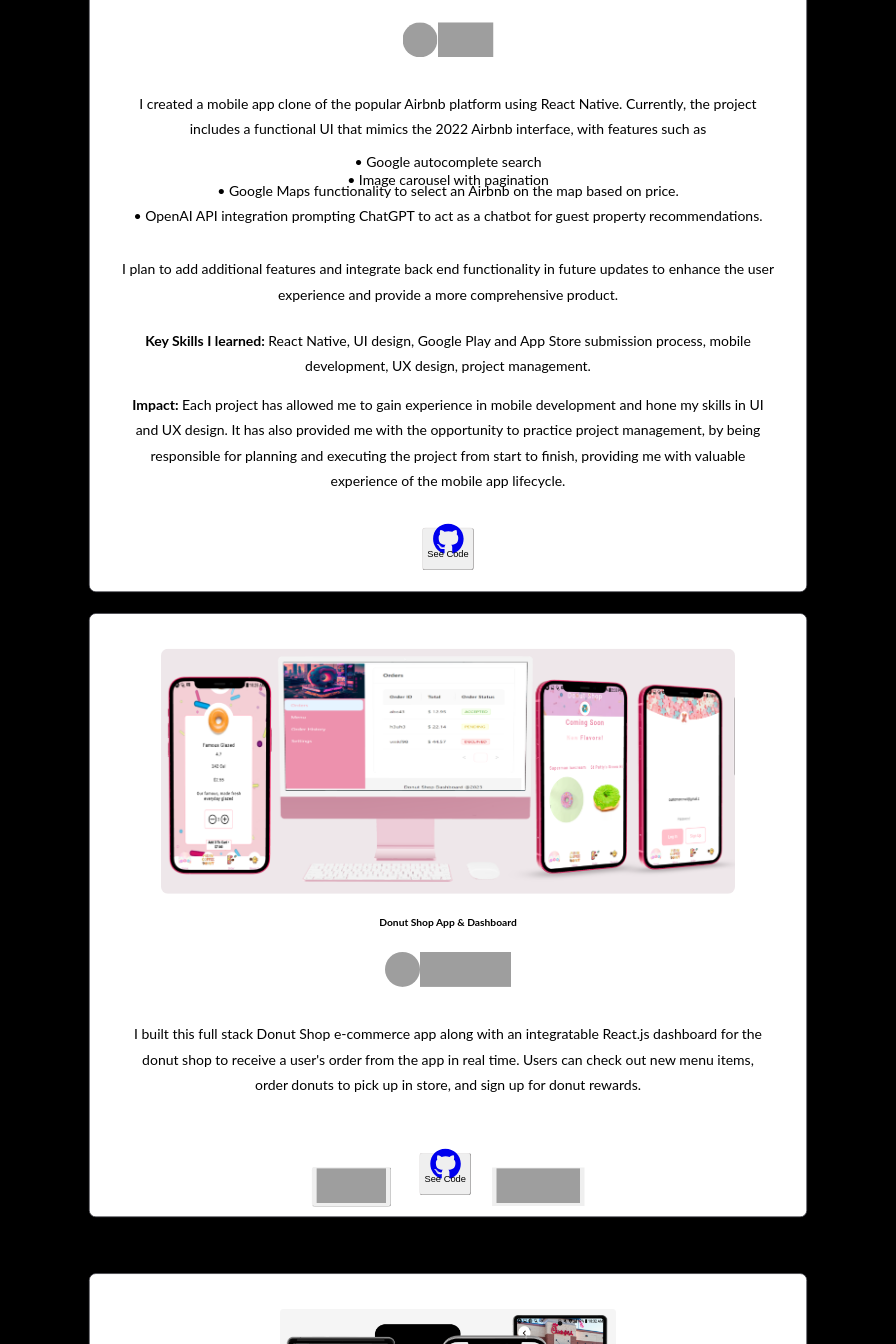
Repository: JamesPesenti/portfolio
Page: /
The author's editor kept a copy of each file at every save. The page is drawn from the files as they stood at one save, then again after a run of saves.
The browser window is 1280 px wide. The pictures show the part of the page from y = 1947 to 3867 px (the page is 6929 px tall), at 70% of full size.
Pictures or frames that could not be fetched are drawn as grey boxes. The project was rebuilt for these pictures with package versions that can differ from the ones it lists, and the page was loaded fresh each time. Imported but missing from the stored project, and not drawn on this page: src/Components/James Pesenti Resume 2023.pdf.

Above is the page before, as saved 2023-05-29 08:41:57.

### public/index.html
<!DOCTYPE html>
<html lang="en">
  <head>
    <meta charset="utf-8" />
    <link rel="" href="" />
    <meta name="viewport" content="width=device-width, initial-scale=1" />
    <meta name="theme-color" content="#000000" />
    <meta name="description" content="James Pesenti Portfolio 2022" />
    <link rel="apple-touch-icon" href="" />
    <link rel="manifest" href="%PUBLIC_URL%/manifest.json" />

    <title>Portfolio 2023</title>

  </head>
  <body>
    <div id="root"></div>
  </body>
</html>

### src/Components/Navbar.jsx
import React, {Component} from 'react'
import { FaGithub } from "react-icons/fa";
import { FaEnvelope } from "react-icons/fa";
import { FaFile } from "react-icons/fa";
import Pdf from "../Components/James Pesenti Resume 2023.pdf"


const Navbar = () => {
  return (
    <>
          <div className="navbar flex">
            <div className="container">
                <nav>
                  <ul style={{textAlign: "center", marginTop: 70, position: 'relative', left: 0, top: -2}}>
                    <li>
                      <a className="App-link"  href="mailto:jamespesenti91@gmail.com" target="_blank" rel="noopener noreferrer">
                      <FaEnvelope size={35} style={{display: "flex", textAlign: "center", marginLeft: 10}}/>
                          Contact
                      </a>
                    </li>
                    <li>
                      <a className="App-link" href="https://github.com/JamesPesenti" target="_blank" rel="noopener noreferrer">
                        <FaGithub size={35} style={{display: "flex", textAlign: "center", marginLeft: 10}} />
                        GitHub
                      </a>
                    </li>
                    <li>
                      <a className="App-link" href={Pdf} target="_blank" rel="noopener noreferrer">
                        <FaFile size={35} style={{display: "flex", textAlign: "center", marginLeft: 10}} />
                        Resume
                      </a>
                    </li>
                  </ul>
                </nav>
                {/* <h4 style={{color: "white", textAlign: 'center', marginBottom:-440}}>
                  See my work below and send a message to get in touch
                </h4> */}
            </div>
          </div>
    </>
  )
}

export default Navbar

### src/Components/AboutMe.jsx
import React from 'react'
import { FontAwesomeIcon } from '@fortawesome/react-fontawesome'
import { FaGithub } from "react-icons/fa";
import { FaMapPin } from "react-icons/fa";

const AboutMe = () => {
  return (
    <>

        <div style={{justifyContent: "center", textAlign: "center", color: "white", padding: 50,}}>
            {/* Spinning image  */}
            {/* <img style={{padding: 10, borderRadius: "50%", width: 200, height: 200,}} src="/images/IMG_1619.jpg" className="App-logo" alt="logo" /> */}
            <img style={{padding: 10, borderRadius: "50%", width: 200, height: 200,}} src="/images/IMG_1619.jpg" alt="logo" />
            <h1>I'm James Pesenti</h1>
            <h2>a Software Developer building mobile apps and websites</h2>
              <FaMapPin size={20} style={{position: "relative", top: 5, right: 65, }} />
              <h3 style={{marginTop: -24}}> Chicago, IL</h3>
        </div>

</>
  )
}

export default AboutMe

### src/Components/Scroll.jsx
import React from 'react'
import '../CSS/App.css';


const Scroll = () => {

  return (
    <>

        <div style={{marginBottom: 400, justifyContnent: 'center'}} id="section09" class="demo">
          <a href="#parallaxContainer">
            <span></span>
            Scroll down to see my work
          </a>
        </div>

    </>
  )
}

export default Scroll

### src/Components/MyProjects.jsx
import UberGoogleButton from "../Components/UberGoogleButton"
import AstonGoogleButton from "./AstonGoogleButton"
import AstonAppleButton from "./AstonAppleButton"
import BarceGoogleButton from "../Components/BarceGoogleButton"
import BarceAppleButton from "./BarceAppleButton"
import { FaGithub } from "react-icons/fa";

const MyProjects = () => {
  return (

  <>
    <div id="parallaxContainer">

    {/* Airbnb Clone */}
    <div style={{ justifyContent: 'center', alignItems: 'center',  width: "80%", borderRadius: 10}} className="box">
            <div>
                <img style={{ borderRadius: 10, marginTop: 50, marginBottom: -35, width: "48%", height: 350, transition: ".7s", }} src="images/mockrocket-capture (11).png" />
            </div>
            <h4 style={{textAlign: 'center'}}>Airbnb Clone App</h4>
                <div style={{flexDirection: "row", padding: 10, borderRadius: 10, marginBottom: -40,}}>
                  <img style={{width: 50, height: 50, borderRadius: 50}} src="https://i.pinimg.com/originals/8a/02/1a/8a021aa097236b42dd71fb731e3d894d.gif"/>
                  <img style={{width: 80, height: 50, }} src="https://www.datocms-assets.com/45470/1631026680-logo-react-native.png"  />
                  {/* <img style={{width: 50, height: 50, }} src="https://pbs.twimg.com/profile_images/1114309924551417856/FKA4cm2x_400x400.png"  /> */}
                </div>
           <div>
            <p style={{fontSize: 20, textAlign: 'center', padding: 50, marginBottom: -60}}>I created a mobile app clone of the popular Airbnb platform using React Native. Currently, the project includes a functional UI that mimics the 2022 Airbnb interface, with features such as</p>
            <p style={{fontSize: 20, padding: 0, marginBottom: -30}}>&#8226; Google autocomplete search</p>
            <p style={{fontSize: 20,  padding: 0, marginBottom: -40}}>&#8226; Image carousel with pagination</p>
            <p style={{fontSize: 20, paddingHorizontal: 0, marginBottom: -20}}> &#8226; Google Maps functionality to select an Airbnb on the map based on price.</p>
            <p style={{fontSize: 20, paddingHorizontal: 0, marginBottom: -20}}> &#8226; OpenAI API integration prompting ChatGPT to act as a chatbot for guest property recommendations.</p>

            <p style={{fontSize: 20, textAlign: 'center', padding: 40, marginBottom: -60}}>I plan to add additional features and integrate back end functionality in future updates to enhance the user experience and provide a more comprehensive product.</p>
            <p style={{fontSize: 20, textAlign: 'center', padding: 30, marginBottom: -80}}><b> Key Skills I learned: </b>React Native, UI design, Google Play and App Store submission process, mobile development, UX design, project management.</p>
            <p style={{fontSize: 20, textAlign: 'center', padding: 50}}><b> Impact: </b> Each project has allowed me to gain experience in mobile development and hone my skills in UI and UX design. It has also provided me with the opportunity to practice project management, by being responsible for planning and executing the project from start to finish, providing me with valuable experience of the mobile app lifecycle.</p>
           </div>

            <div style={{flexDirection: "row"}}>
                {/* <UberGoogleButton  /> */}
                <button style={{marginTop: 10}} type="button" className="codeButton">
                  <a href="https://github.com/JamesPesenti/Airbnb" target="_blank" rel="noopener noreferrer">
                    <FaGithub  size={45} style={{ marginTop: -80, marginBottom: -25, justifyContent: "center", textAlign: "center"}} />
                  </a>
                  <p>See Code</p>
                </button>
                {/* <AstonAppleButton  /> */}
            </div>

        </div>


     {/* Donut Shop App */}
     <div style={{marginTop: 30, marginBottom: 20, justifyContent: 'center', alignItems: 'center',  width: "80%", borderRadius: 10}} className="box">
            <div>
                <img style={{ borderRadius: 10, marginTop: 50, width: "80%", height: 350, transition: ".7s", }} src="/images/appAndDashMock.png" />
            </div>
            <h4 style={{textAlign: 'center'}}>Donut Shop App & Dashboard</h4>
                <div style={{flexDirection: "row", padding: 10, borderRadius: 10, marginBottom: -40,}}>
                  <img style={{width: 50, height: 50, borderRadius: 50}} src="https://i.pinimg.com/originals/8a/02/1a/8a021aa097236b42dd71fb731e3d894d.gif"/>
                  <img style={{width: 80, height: 50, }} src="https://www.datocms-assets.com/45470/1631026680-logo-react-native.png"  />
                  <img style={{width: 50, height: 50, }} src="https://pbs.twimg.com/profile_images/1114309924551417856/FKA4cm2x_400x400.png"  />
                </div>
            <p style={{fontSize: 20,textAlign: 'center', padding: 50}}>I built this full stack Donut Shop e-commerce app along with an integratable React.js dashboard for the donut shop to receive a user's order from the app in real time. Users can check out new menu items, order donuts to pick up in store, and sign up for donut rewards.</p>

            <div style={{flexDirection: "row"}}>
                <UberGoogleButton  />
                <button style={{marginTop: 40}} type="button" className="codeButton">
                  <a href="https://github.com/JamesPesenti/Donut_Shop" target="_blank" rel="noopener noreferrer">
                    <FaGithub  size={45} style={{ marginTop: -80, marginBottom: -25, justifyContent: "center", textAlign: "center"}} />
                  </a>
                  <p>See Code</p>
                </button>
                <AstonAppleButton  />
            </div>

        </div>


    {/* Uber Eats App */}
    <div style={{marginTop: 80, marginBottom: 60, justifyContent: 'center', alignItems: 'center',  width: "80%", borderRadius: 10}} className="box">
            <div className="imgWrapper" style={{width: 480, height: 350}}>
                <img style={{ borderRadius: 5, marginTop: 50, width: "100%", height: 300, transition: ".7s", }} src="/images/UberEatsLast.png" />
            </div>
            <h4 style={{textAlign: 'center'}}>Uber Eats Clone App</h4>
                <div style={{flexDirection: "row", padding: 10, borderRadius: 10, marginBottom: -40,}}>
                  <img style={{width: 50, height: 50, borderRadius: 50}} src="https://i.pinimg.com/originals/8a/02/1a/8a021aa097236b42dd71fb731e3d894d.gif"/>
                  <img style={{width: 80, height: 50, }} src="https://www.datocms-assets.com/45470/1631026680-logo-react-native.png"  />
                  <img style={{width: 50, height: 50, }} src="https://pbs.twimg.com/profile_images/1114309924551417856/FKA4cm2x_400x400.png" />
                </div>
            <p style={{fontSize: 20,textAlign: 'center', padding: 50}}>A full stack React Native app inspired by the UberEats user app. I utilized AWS Amplify's datastore to configure the back end to query and save customer's orders and used Amazon Cognito for user registration, authentication, & account recovery.</p>

            <div style={{flexDirection: "row"}}>
                <UberGoogleButton  />
                <button style={{marginTop: 40}} type="button" className="codeButton">
                  <a href="https://github.com/JamesPesenti/UberEatsClone" target="_blank" rel="noopener noreferrer">
                    <FaGithub  size={45} style={{ marginTop: -80, marginBottom: -20, justifyContent: "center", textAlign: "center"}} />
                  </a>
                  <p>See Code</p>
                </button>
                <AstonAppleButton  />
            </div>

        </div>


     {/* Aston Waikiki App */}
       <div style={{marginTop: 80, marginBottom: 120, justifyContent: 'center', alignItems: 'center',  width: "80%", borderRadius: 10}} className="box">
            <div className="imgWrapper" style={{width: 450, height: 350}}>
                <img style={{ marginTop: 50, width: "100%", height: "auto", transition: ".7s", }} src="/images/astonmock.png" />
            </div>
            <h4 style={{textAlign: 'center'}}>Aston Waikiki Hotel UI</h4>
                <div style={{flexDirection: "row", padding: 10, borderRadius: 10, marginBottom: -40,}}>
                  <img style={{width: 50, height: 50, borderRadius: 50}} src="https://i.pinimg.com/originals/8a/02/1a/8a021aa097236b42dd71fb731e3d894d.gif"/>
                  <img style={{width: 80, height: 50, }} src="https://www.datocms-assets.com/45470/1631026680-logo-react-native.png"  />
                </div>
            <p style={{fontSize: 20,textAlign: 'center', padding: 50}}>A React Native UI design I created to reimagine the hotel Aston Waikiki Beach's website into a cross platform mobile app. I used most of the content and images from the current website and utilized both Bottom Tabs, Drawer navigation and other React Native libraries for a better user experience.</p>

            <div style={{flexDirection: "row"}}>
                <AstonGoogleButton  />
                <button style={{marginTop: 40}} type="button" className="codeButton">
                        <a href="https://github.com/JamesPesenti/AstonWaikikiBeachApp" target="_blank" rel="noopener noreferrer">
                            <FaGithub  size={45} style={{ marginTop: -80, marginBottom: -20, justifyContent: "center", textAlign: "center"}} />
                        </a>
                        <p>See Code</p>
                </button>
                <AstonAppleButton  />
            </div>

        </div>


    {/* Barcelona App */}
       <div style={{marginTop: 20, marginBottom: 120, justifyContent: 'center', alignItems: 'center',  width: "80%", borderRadius: 10}} className="box">
            <div className="imgWrapper" style={{width: 650, height: 300}}>
                <img style={{ marginTop: 30, width: "100%", height: 250, transition: ".7s", }} src="/images/barcelonamockup.png" />
            </div>
            <h4 style={{textAlign: 'center'}}>Barcelona Tourist App</h4>
                <div style={{flexDirection: "row", padding: 10, borderRadius: 10, marginBottom: -20,}}>
                <img style={{width: 80, height: 50,}} src="https://www.datocms-assets.com/45470/1631026680-logo-react-native.png"  />
                <img style={{width: 50, height: 50, borderRadius: 50}} src="https://i.pinimg.com/originals/8a/02/1a/8a021aa097236b42dd71fb731e3d894d.gif"/>
                </div>
            <p style={{fontSize: 20, textAlign: 'center', padding: 50}}>I created this React Native app for visitors of Barcelona Spain to save pictures and locations of their favorite places. I used pop-up modals for users to quickly get information on popular sights and used geolocation with google maps so users can save their location and select it on the map.</p>

            <div style={{flexDirection: "row"}}>
               <BarceAppleButton  />
                <button style={{marginTop: 40}} type="button" className="codeButton">
                        <a href="https://github.com/JamesPesenti/BarcelonaApp" target="_blank" rel="noopener noreferrer">
                            <FaGithub  size={45} style={{ marginTop: -80, marginBottom: -20, justifyContent: "center", textAlign: "center"}} />
                        </a>
                        <p>See Code</p>
                </button>
                <BarceGoogleButton  />
            </div>

        </div>

    {/* IAR React App */}
        {/* <div style={{marginBottom: 0, justifyContent: 'center', alignItems: 'center',  width: "80%", borderRadius: 10}} className="box">
            <img style={{ width: 600, height: 350, borderRadius: 10, borderWidth: 2, borderColor: "green"}} src="/images/innermock.png" />
            <h4 style={{textAlign: 'center'}}>Inner Aura Readings Website</h4>
            <div style={{flexDirection: "row", padding: 10, borderRadius: 10}}>
                <img src="https://www.logo.wine/a/logo/React_(web_framework)/React_(web_framework)-Logo.wine.svg" style={{width: 100, height: 50,}} />
                <img className="logoBox" src="https://cdn.pixabay.com/photo/2017/08/05/11/16/logo-2582747_1280.png" style={{width: 50, height: 50,}} />
            </div>
            <p style={{fontSize: 20, textAlign: 'center', padding: 50}}>This was the first official React.js web app that I developed. I made it for a friend who wanted to reach more customers with a mobile friendly website. I made multiple iterations and converted it into a PWA for offline operability with native like performance. </p>
            <button style={{marginTop: 0}} type="button" className="codeButton">
                        <a href="https://github.com/JamesPesenti/InnerAuraReadings2022" target="_blank" rel="noopener noreferrer">
                            <FaGithub  size={45} style={{ marginTop: -80, marginBottom: -20, justifyContent: "center", textAlign: "center"}} />
                        </a>
                        <p>See Code</p>
            </button>

        </div> */}


{/* REapp */}
        {/* <div style={{marginBottom: 100, justifyContent: 'center', alignItems: 'center',  width: "80%", borderRadius: 10,}} className="box">
        <img style={{marginTop: 50, width: 800, height: 350, borderRadius: 10, borderWidth: 2, borderColor: "green"}} src="/images/remockup.png" />
            <h4 style={{textAlign: 'center'}}>Real Estate Listing Website </h4>
            <div style={{flexDirection: "row", padding: 10, borderRadius: 10}}>
                <img src="https://www.logo.wine/a/logo/React_(web_framework)/React_(web_framework)-Logo.wine.svg" style={{width: 100, height: 50,}} />
                <img src="https://img.icons8.com/color/480/cloud-firestore.png" style={{width: 50, height: 50,}} />
                <img src="https://raw.githubusercontent.com/JamesPesenti/RealEstateApp/16b046b3d34b4a26468627e906dc503be8911b73/src/assets/svg/googleIcon.svg" style={{marginBottom: 8, width: 100, height: 30,}} />
            </div>
            <p style={{fontSize: 20, textAlign: 'center', padding: 50}}>Real Estate listing website built with React, FireStore database and Google OAuth to sign in with a google account. You can search listings for rent/sale and login to your account to create a listing and save offers. Inspiration and back-end code taken from Brad Traversey's React course I took on Udemy.</p>
            <button style={{marginTop: 40}} type="button" className="codeButton">
                        <a href="https://github.com/JamesPesenti/RealEstateApp" target="_blank" rel="noopener noreferrer">
                            <FaGithub  size={45} style={{ marginTop: -80, marginBottom: -20, justifyContent: "center", textAlign: "center"}} />
                        </a>
                        <p>See Code</p>
            </button>
        </div> */}

    </div>


    </>
  )
}

export default MyProjects

### src/Components/UberGoogleButton.jsx
import React from 'react'


const UberGoogleButton = () => {
  return (
    <>
    <button type="button" style={{marginRight: 40, borderWidth: .1, borderColor: '#efefef', borderRadius: 5}}>
        <a href="https://expo.dev/accounts/jimpesenti/projects/UberEats/builds/b9dfcb73-dd37-4009-b5f9-7d24a72b937d">
            <img style={{width: 100, height: 50, borderRadius: 0}} src="https://logos-world.net/wp-content/uploads/2020/12/Google-Play-Logo-500x281.png"/>
        </a>
    </button>
    </>
  )
}

export default UberGoogleButton

### src/Components/AstonGoogleButton.jsx
import React from 'react'


const AstonGoogleButton = () => {
  return (
    <>
    <button type="button" style={{marginRight: 40, borderWidth: .1, borderColor: '#efefef', borderRadius: 5}}>
        <a href="https://play.google.com/store/apps/details?id=com.jamespesenti91.astonwaikikibeach">
            <img style={{width: 100, height: 50, borderRadius: 0}} src="https://logos-world.net/wp-content/uploads/2020/12/Google-Play-Logo-500x281.png"/>
        </a>
    </button>
    </>
  )
}

export default AstonGoogleButton

### src/Components/AstonAppleButton.jsx
import React from 'react'

const AstonAppleButton = () => {
  return (
    <>
    <button type="submit" style={{marginLeft: 30, borderWidth: 0,}}  >
        <a href="">
            <img style={{width: 120, height: 50, borderRadius: 0}} src="https://images.squarespace-cdn.com/content/v1/5b549a7f3c3a53487c250f58/1597439116255-P7ME5MNOIWQLJS1X4CPP/Apple+App+Store+Logo+Button.png"/>
        </a>
    </button>
    </>
  )
}

export default AstonAppleButton

### src/Components/BarceGoogleButton.jsx
import React from 'react'


const BarceGoogleButton = () => {
  return (
    <>
    <button type="button" style={{marginLeft: 30, borderWidth: .1, borderColor: '#efefef', borderRadius: 5}}>
        <a href="https://play.google.com/store/apps/details?id=com.jamespesenti91.VisitBarcelona">
            <img style={{width: 100, height: 50, borderRadius: 0}} src="https://logos-world.net/wp-content/uploads/2020/12/Google-Play-Logo-500x281.png" alt="barceButton"/>
        </a>
    </button>
    </>
  )
}

export default BarceGoogleButton

### src/Components/BarceAppleButton.jsx
import React from 'react'

const BarceAppleButton = () => {
  return (
    <>
    <button type="submit" style={{marginRight: 30, borderWidth: 0,}}  >
        <a href="">
            <img style={{width: 120, height: 50, borderRadius: 0}} src="https://images.squarespace-cdn.com/content/v1/5b549a7f3c3a53487c250f58/1597439116255-P7ME5MNOIWQLJS1X4CPP/Apple+App+Store+Logo+Button.png"/>
        </a>
    </button>
    </>
  )
}

export default BarceAppleButton

Loaded but not shown: src/index.js (common file); src/reportWebVitals.js (common file); src/serviceWorkerRegistration.js (137 lines, source omitted); src/App.js (33 lines, source omitted); src/CSS/App.css (351 lines, source omitted); src/CSS/index.css (197 lines, source omitted)

After the next 2 saves:
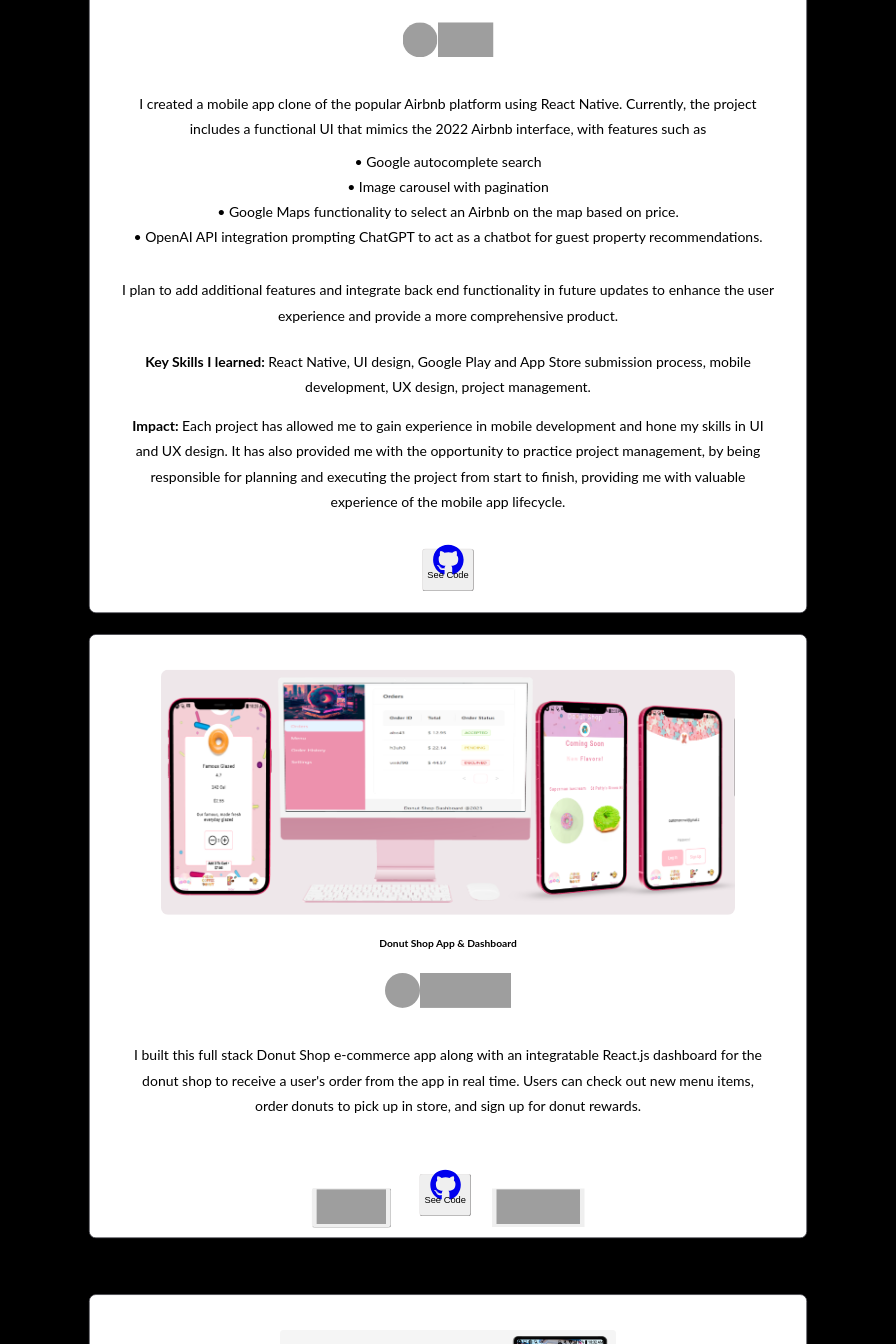
The 2 saves are shown as one change because they came seconds apart.
The last was saved 11 s later.
--- a/src/Components/MyProjects.jsx
+++ b/src/Components/MyProjects.jsx
@@ -24,8 +24,8 @@
                 </div>
            <div>
             <p style={{fontSize: 20, textAlign: 'center', padding: 50, marginBottom: -60}}>I created a mobile app clone of the popular Airbnb platform using React Native. Currently, the project includes a functional UI that mimics the 2022 Airbnb interface, with features such as</p>
-            <p style={{fontSize: 20, padding: 0, marginBottom: -30}}>&#8226; Google autocomplete search</p>
-            <p style={{fontSize: 20,  padding: 0, marginBottom: -40}}>&#8226; Image carousel with pagination</p>
+            <p style={{fontSize: 20, padding: 0, marginBottom: -20}}>&#8226; Google autocomplete search</p>
+            <p style={{fontSize: 20,  padding: 0, marginBottom: -20}}>&#8226; Image carousel with pagination</p>
             <p style={{fontSize: 20, paddingHorizontal: 0, marginBottom: -20}}> &#8226; Google Maps functionality to select an Airbnb on the map based on price.</p>
             <p style={{fontSize: 20, paddingHorizontal: 0, marginBottom: -20}}> &#8226; OpenAI API integration prompting ChatGPT to act as a chatbot for guest property recommendations.</p>
 
